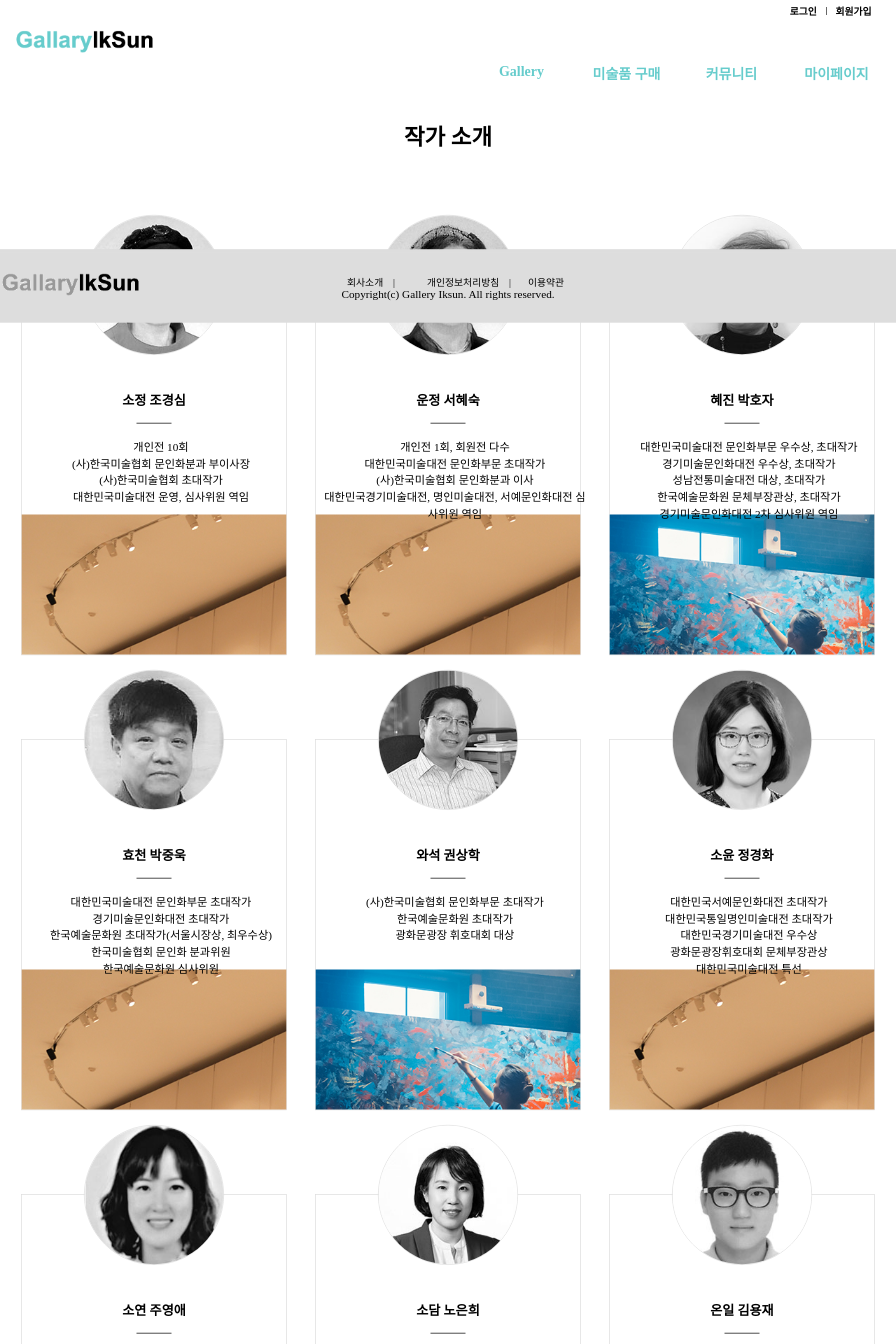
Repository: leeboseok/GalleryIksun
Page: http://localhost/GalleryIkSun/introduceArtists.jsp
The author's editor kept a copy of each file at every save. The page is drawn from the files as they stood at one save, then again after the next save.
The browser window is 1280 px wide. The pictures show the part of the page from y = 0 to 1920 px (the page is 2946 px tall before and 3079 px after), at 70% of full size.
The page is served by Tomcat 9.

Above is the page before, as saved 2024-08-13 00:53:43.

After the next save:
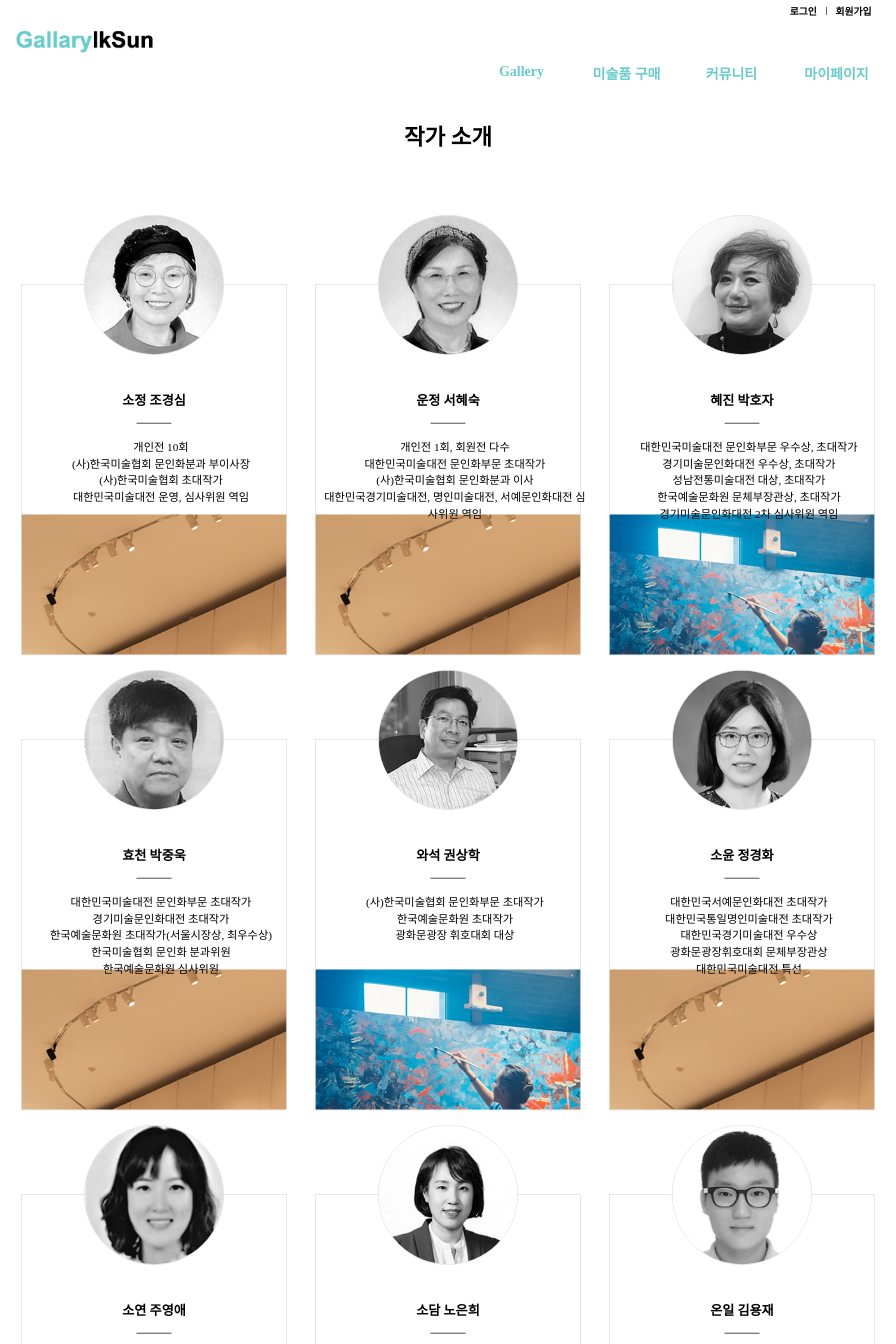
Saved 73 min 25 s later.
--- a/GalleryIkSun/src/main/webapp/introduceArtists.jsp
+++ b/GalleryIkSun/src/main/webapp/introduceArtists.jsp
@@ -247,8 +247,21 @@
                     </div>
                     <div class="bg" style="background-image: url(img/image_01.jpg);"> </div>
                 </div>
-            </li>
-           </ul>
+            </li> -->
+
+        </ul>
+
+
+
+
+
+
+
+
+
+
+
+
     </div><!-- .contents -->
 </div> <!-- #wrap -->
 
@@ -257,4 +270,5 @@
 </footer>
 
 </body>
+
 </html>

After the save that followed:
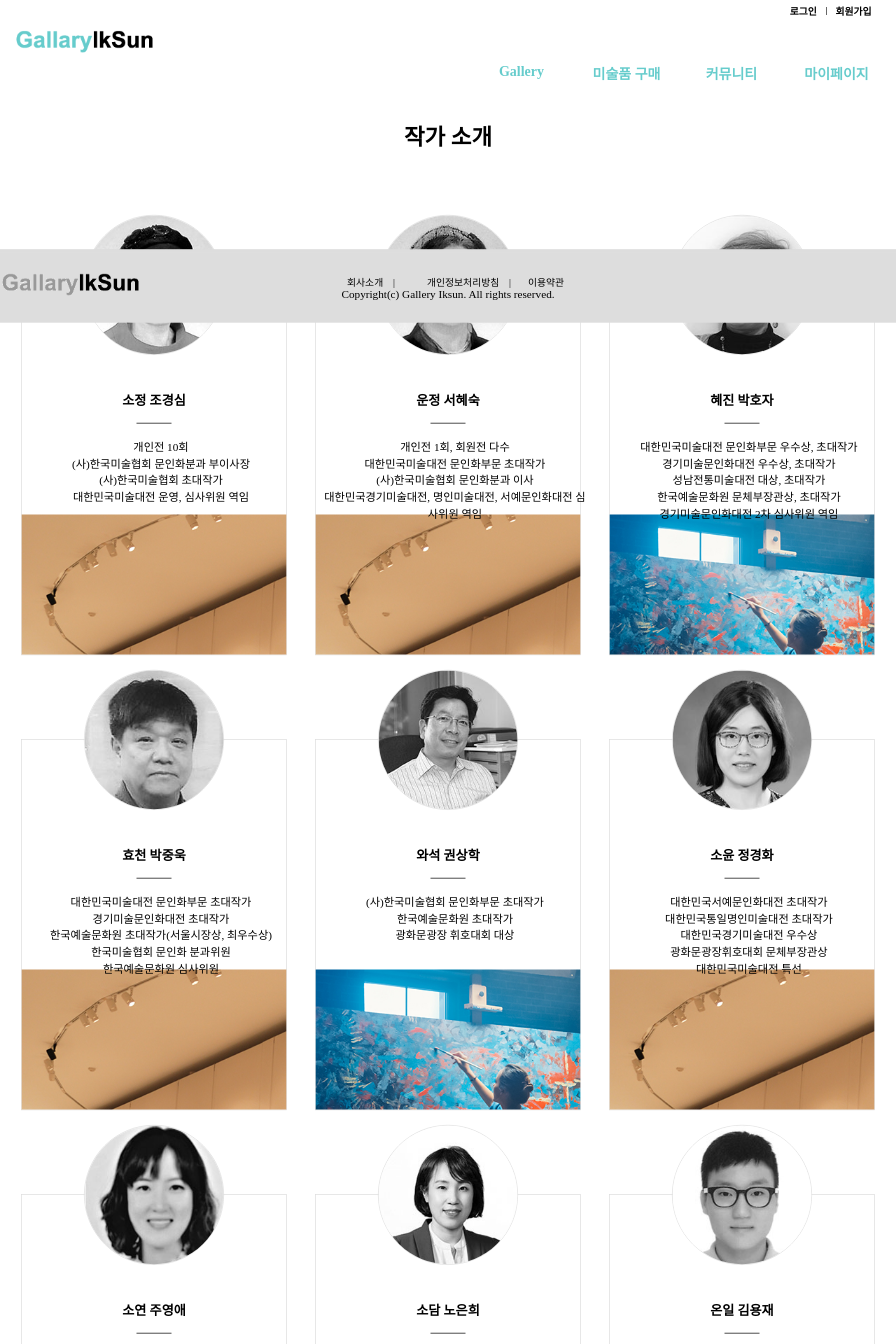
Saved 34 s later.
--- a/GalleryIkSun/src/main/webapp/introduceArtists.jsp
+++ b/GalleryIkSun/src/main/webapp/introduceArtists.jsp
@@ -247,21 +247,8 @@
                     </div>
                     <div class="bg" style="background-image: url(img/image_01.jpg);"> </div>
                 </div>
-            </li> -->
-
-        </ul>
-
-
-
-
-
-
-
-
-
-
-
-
+            </li>
+          </ul>
     </div><!-- .contents -->
 </div> <!-- #wrap -->
 
